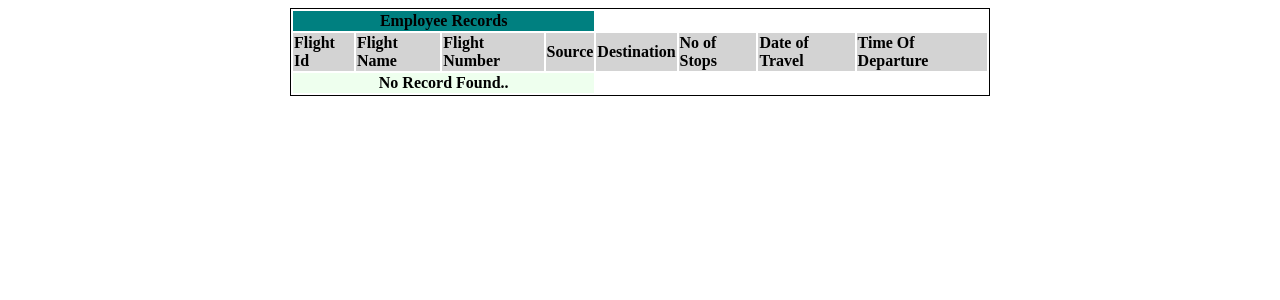
Repository: pawankas/Java_Mini_Project
Page: http://localhost/AirReservation/SearchView.jsp
These files come from the project's save history. The page is drawn as it stood at one moment and after the next save; the edit follows.
The browser window is 1280 px wide. The pictures show the whole page.
The page is served by Tomcat 9. Other server files are loaded and not shown. The template is opened directly, without the code that normally fills it, so the values that code supplies are empty.

Above is the page before, as saved 2022-03-16 05:39:14.

### Mini_Project_Java/AirReservation/WebContent/SearchView.jsp
<%@ page import="java.util.*" %>
 <%@page contentType="text/html" pageEncoding="UTF-8"%>
<!DOCTYPE HTML>
<html>
    <head>
    </head>
    <body>
        <table width="700px" align="center"
               style="border:1px solid #000000;">
            <tr>
                <td colspan=4 align="center"
                    style="background-color:teal">
                    <b>Employee Records</b></td>
            </tr>
            <tr style="background-color:lightgrey;">
                <td><b>Flight Id</b></td>
                <td><b>Flight Name</b></td>
                <td><b>Flight Number</b></td>
                <td><b>Source</b></td>
                <td><b>Destination</b></td>
                <td><b>No of Stops</b></td>
                <td><b>Date of Travel</b></td>
                <td><b>Time Of Departure</b></td>
            </tr>
            <%
                int count = 0;
                String color = "#F9EBB3";
                if (request.getAttribute("piList") != null) {
                    ArrayList al = (ArrayList) request.getAttribute("piList");
                    System.out.println(al);
                    Iterator itr = al.iterator();
                    while (itr.hasNext()) {

                        if ((count % 2) == 0) {
                            color = "#eeffee";
                        }
                        count++;
                        ArrayList pList = (ArrayList) itr.next();
            %>
            <tr style="background-color:<%=color%>;">
                <td><%=pList.get(0)%></td>
                <td><%=pList.get(1)%></td>
                <td><%=pList.get(2)%></td>
                <td><%=pList.get(3)%></td>
            </tr>
            <%
                    }
                }
                if (count == 0) {
            %>
            <tr>
                <td colspan=4 align="center"
                    style="background-color:#eeffee"><b>No Record Found..</b></td>
            </tr>
            <%            }
            %>
        </table>
    </body>
</html>

After the next save:
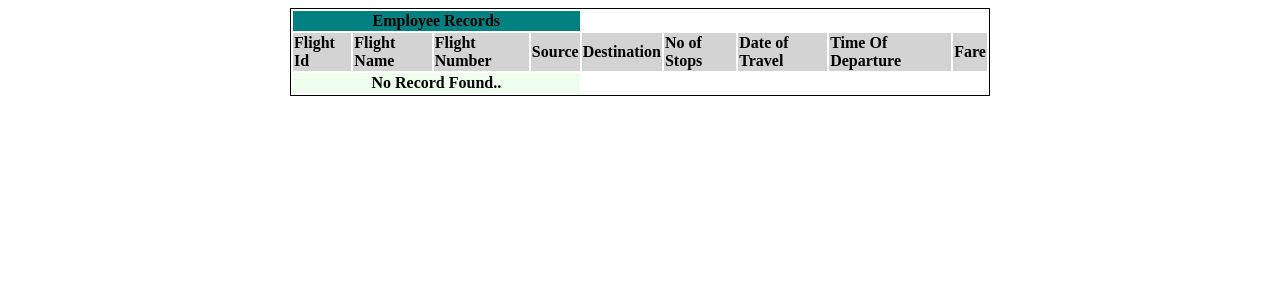
Saved 13 s later.
--- a/Mini_Project_Java/AirReservation/WebContent/SearchView.jsp
+++ b/Mini_Project_Java/AirReservation/WebContent/SearchView.jsp
@@ -21,6 +21,7 @@
                 <td><b>No of Stops</b></td>
                 <td><b>Date of Travel</b></td>
                 <td><b>Time Of Departure</b></td>
+                <td><b>Fare</b></td>
             </tr>
             <%
                 int count = 0;
